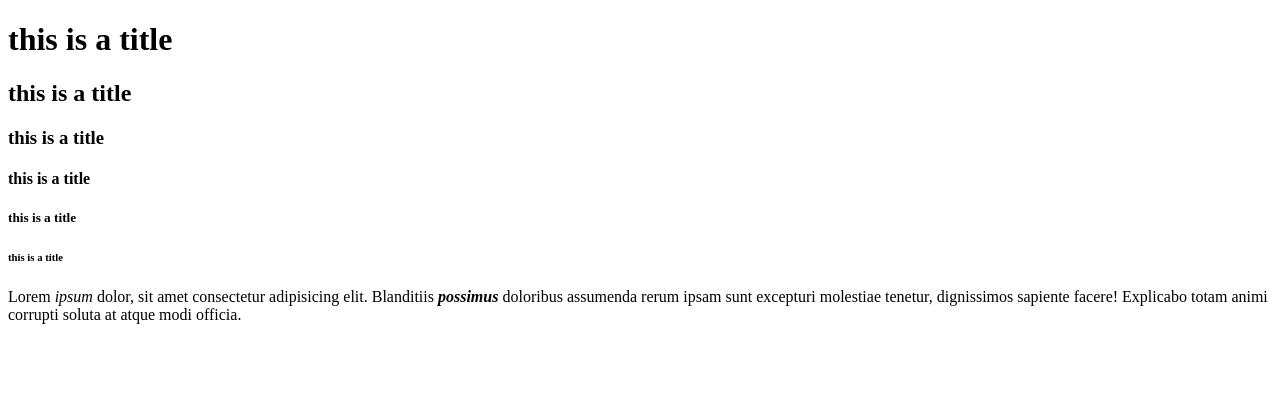
Repository: KelaiAffaf/luffy-courses
Page: index.html
An editor plug-in stored every save of this project. The page is shown before and after a run of saves, followed by the edit.
The browser window is 1280 px wide. The pictures show the whole page.

Above is the page before, as saved 2024-01-03 14:38:36.

### index.html
<!DOCTYPE html>
<html lang="en">
<head>
    <meta charset="UTF-8">
    <meta http-equiv="X-UA-Compatible" content="IE=edge">
    <meta name="viewport" content="width=device-width, initial-scale=1.0">
    <title>Course html css </title>
</head>
<body>
    <!-- this is a comment  -->
    <!-- TODO : add a picture -->
    <!-- this is a section where we re going to explain html tags  -->

    <!-- Headings : h1--h6  -->
    <h1>this is a title </h1>
    <h2>this is a title</h2>
    <h3>this is a title</h3>
    <h4>this is a title</h4>
    <h5>this is a title</h5>
    <h6>this is a <b>title</b></h6>

    <!-- Paragraphs -->
    <!-- em ==> empheses  -->
    <!-- b ==> bold -->
    <!-- i ==> italic -->
    <p>Lorem <em>ipsum</em> dolor, sit amet consectetur adipisicing elit.
        Blanditiis <b><i>possimus</i></b> doloribus assumenda rerum ipsam sunt
        excepturi molestiae tenetur, dignissimos sapiente facere!
        Explicabo totam animi corrupti soluta at atque modi officia.</p>



</body>
</html>

After the next 6 saves:
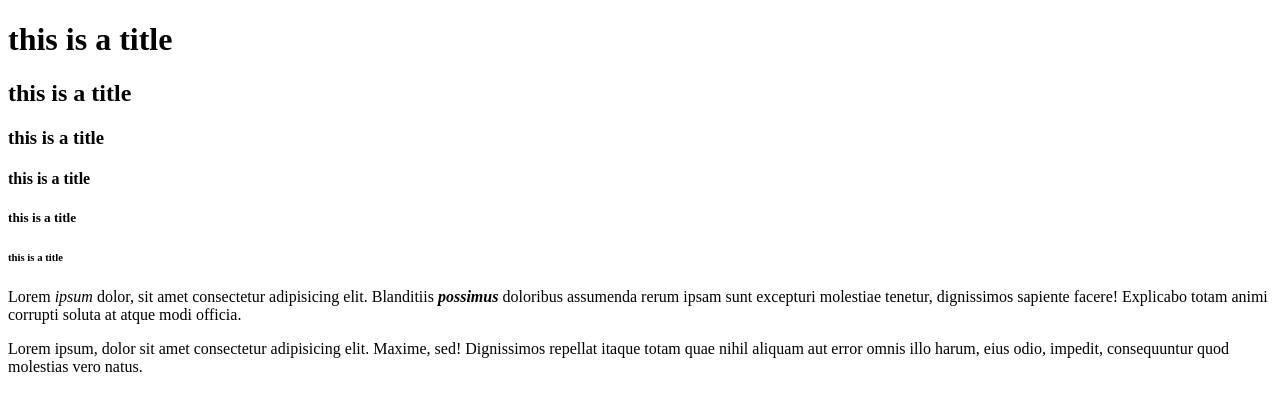
The 6 saves are shown as one change because they came seconds apart.
The last was saved 10 s later.
--- a/index.html
+++ b/index.html
@@ -28,7 +28,7 @@
         excepturi molestiae tenetur, dignissimos sapiente facere!
         Explicabo totam animi corrupti soluta at atque modi officia.</p>
 
-
+        Lorem ipsum, dolor sit amet consectetur adipisicing elit. Maxime, sed! Dignissimos repellat itaque totam quae nihil aliquam aut error omnis illo harum, eius odio, impedit, consequuntur quod molestias vero natus.
 
 </body>
 </html>
